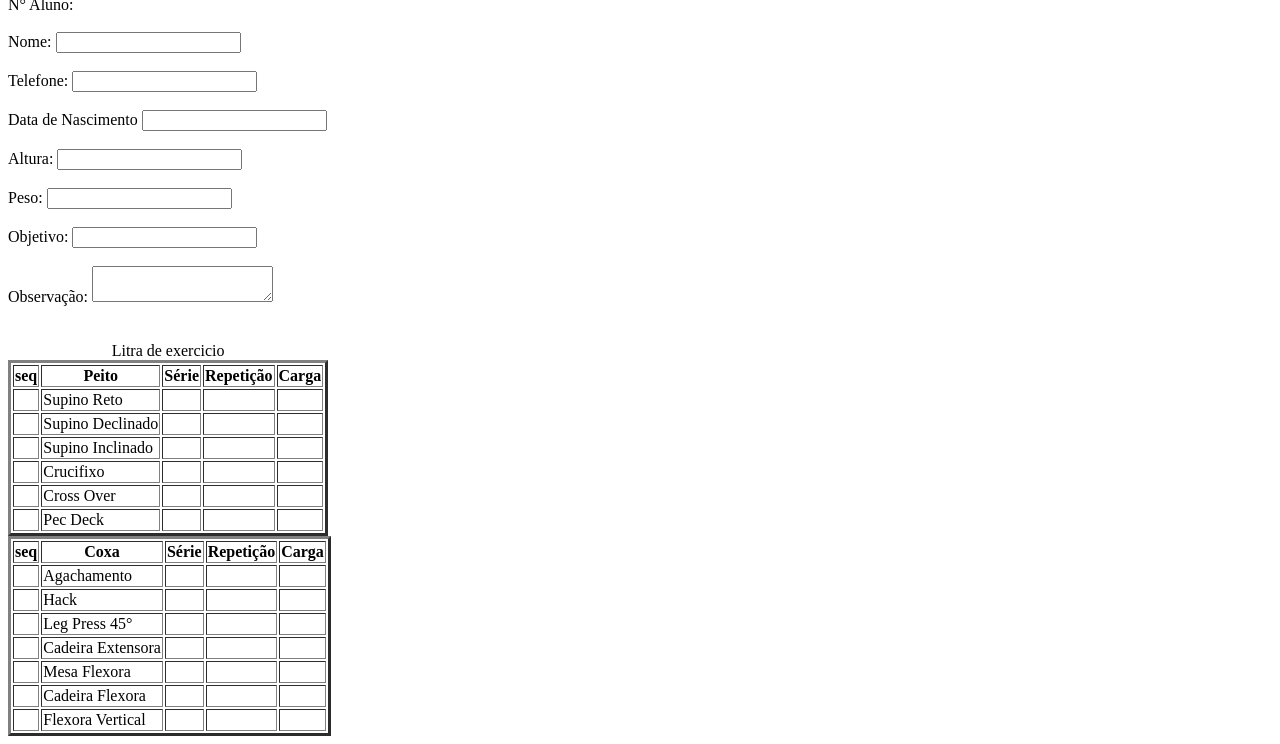
Repository: luisjonson/ProjetoWebAcademia
Page: Projeto_Web/RepositorioWebProject/WebContent/FichaAluno.html
The author's editor kept a copy of each file at every save. The page is drawn from the files as they stood at one save, then again after the next save.
The browser window is 1280 px wide. The pictures show the part of the page from y = 340 to 1132 px (the page is 1084 px tall before and 1132 px after).
A picture or video elsewhere on the page could not be fetched, so the positions and the page height are approximate.

Above is the page before, as saved 2017-04-04 02:52:42.

After the next save:
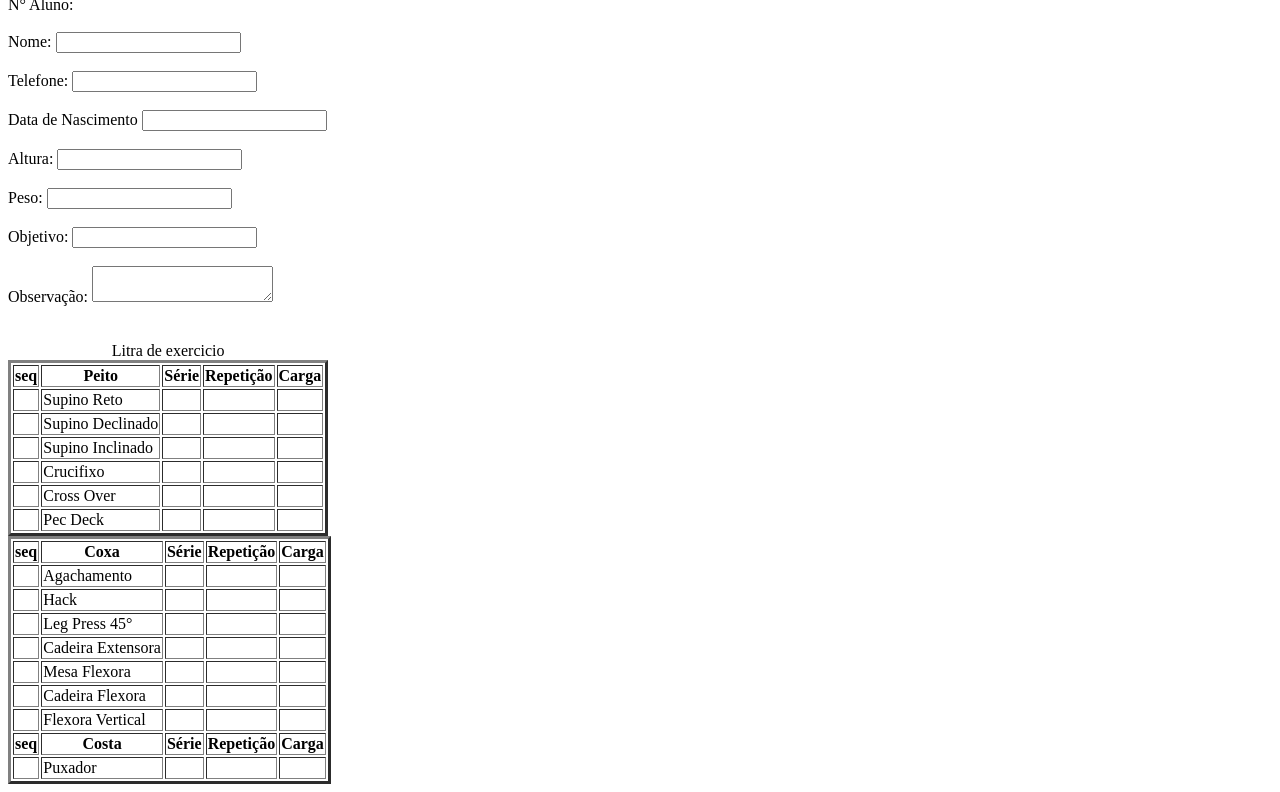
Saved 23 h 33 min later.
--- a/Projeto_Web/RepositorioWebProject/WebContent/FichaAluno.html
+++ b/Projeto_Web/RepositorioWebProject/WebContent/FichaAluno.html
@@ -156,7 +156,22 @@
 				<td></td>
 				<td></td>
 			</tr>
+			<tr>
+				<th>seq</th>
+				<th>Costa</th>
+				<th>Série</th>
+				<th>Repetição</th>
+				<th>Carga</th>
 
+				<tr>
+				<td></td>
+				<td>Puxador</td>
+				<td></td>
+				<td></td>
+				<td></td>
+			</tr>
+
+			</tr>
 
 	</table>
 </body>
